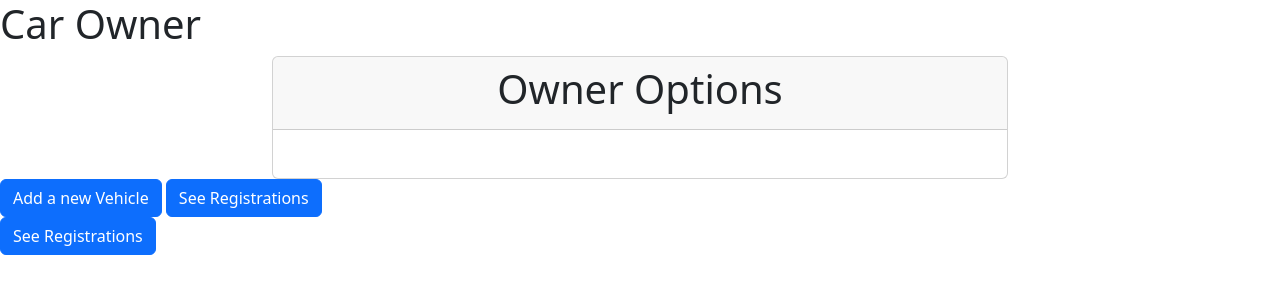
Repository: VimashaVishvani/VehicleRental
Page: http://localhost/Vehicle_rentalDb/carOwner.jsp
An editor plug-in stored every save of this project. The page is shown before and after the next save, followed by the edit.
The browser window is 1280 px wide. The pictures show the whole page.
The page is served by Tomcat 9. Other server files are loaded and not shown.

Above is the page before, as saved 2024-05-08 19:35:53.

### Vehicle_rentalDb/src/main/webapp/carOwner.jsp
<%@ page language="java" contentType="text/html; charset=ISO-8859-1" pageEncoding="ISO-8859-1"%>
<%@ taglib prefix="c" uri="http://java.sun.com/jsp/jstl/core"%>
<!DOCTYPE html>
<html>
<head>
    <meta charset="ISO-8859-1">
    <title>Car Owner</title>
    <link href="https://cdn.jsdelivr.net/npm/bootstrap@5.3.3/dist/css/bootstrap.min.css" rel="stylesheet" integrity="sha384-QWTKZyjpPEjISv5WaRU9OFeRpok6YctnYmDr5pNlyT2bRjXh0JMhjY6hW+ALEwIH" crossorigin="anonymous">
</head>
<body>

<h1>Car Owner</h1>

<div class="container">
    <div class="row">
        <div class="col-md-8 offset-md-2">
            <div class="card">
                <div class="card-header">
                    <h1 class="text-center">Owner Options</h1>
                </div>
                <div class="card-body">
                    <table class="table">
                        <c:forEach var="user" items="${userDetails}">
                            <tr>
                                <td>Customer ID</td>
                                <td>${user.id}</td>
                            </tr>
                            <tr>
                                <td>Customer Name</td>
                                <td>${user.name}</td>
                            </tr>
                            <tr>
                                <td>Customer Email</td>
                                <td>${user.gmail}</td>
                            </tr>
                            <tr>
                                <td>Customer Phone</td>
                                <td>${user.phoneNumber}</td>
                            </tr>
                        </c:forEach>
                    </table>
                </div>
            </div>
        </div>
    </div>
</div>

<c:set var="userId" value="${userDetails[0].id}" />
<a href="addVehicle.jsp?id=${userId}&result=a" class="btn btn-primary">Add a new Vehicle</a>
<a href="carOwnerseeRegistrations.jsp?id=${userId}&result=a" class="btn btn-primary">See Registrations</a>
 <form action="viewRegistrations" method="get"><button type="submit"  class="btn btn-primary">See Registrations</button></form>

</body>
</html>

After the next save:
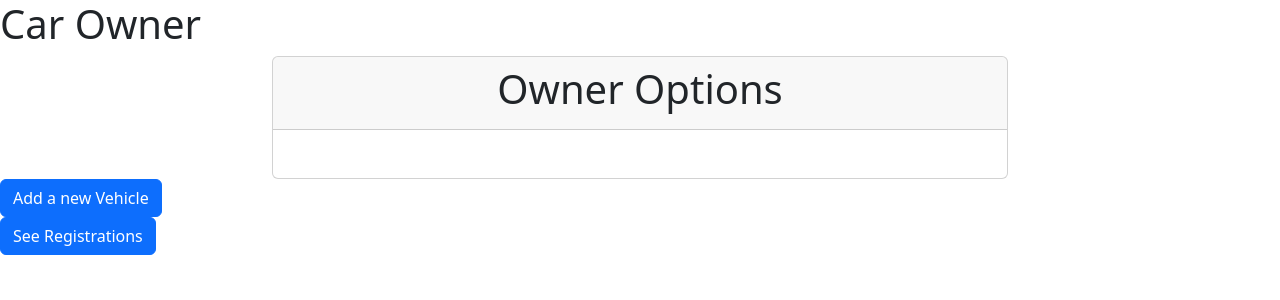
Saved 2 min 6 s later.
--- a/Vehicle_rentalDb/src/main/webapp/carOwner.jsp
+++ b/Vehicle_rentalDb/src/main/webapp/carOwner.jsp
@@ -47,8 +47,10 @@
 
 <c:set var="userId" value="${userDetails[0].id}" />
 <a href="addVehicle.jsp?id=${userId}&result=a" class="btn btn-primary">Add a new Vehicle</a>
-<a href="carOwnerseeRegistrations.jsp?id=${userId}&result=a" class="btn btn-primary">See Registrations</a>
- <form action="viewRegistrations" method="get"><button type="submit"  class="btn btn-primary">See Registrations</button></form>
+<form action="viewRegistrations" method="get">
+<input type="hidden" value="${userId}" name="id">
+<button type="submit"  class="btn btn-primary">See Registrations</button>
+</form>
 
 </body>
 </html>
